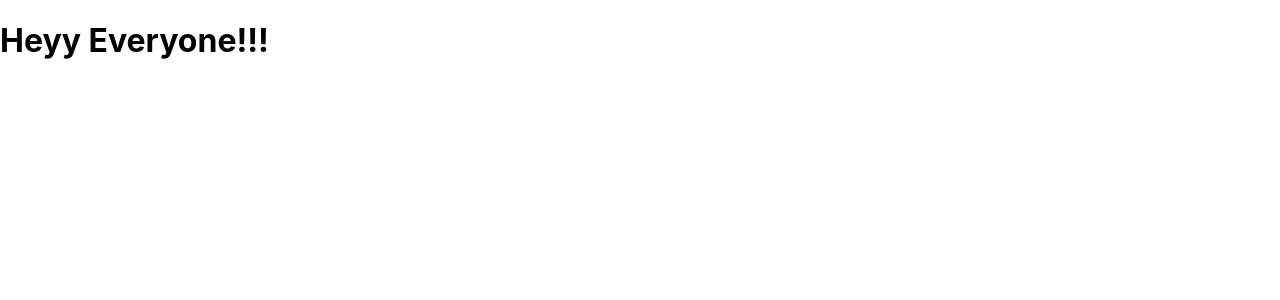
Repository: Mogakamo/react-essentials
Page: /
These files come from the project's save history. The page is drawn as it stood at one moment and after a run of saves; the edit follows.
The browser window is 1280 px wide. The pictures show the whole page.
The project was rebuilt for these pictures with package versions that can differ from the ones it lists, and the page was loaded fresh each time.

Above is the page before, as saved 2021-03-22 11:02:35.

### src/index.js
import React from 'react';
import ReactDOM from 'react-dom';
import './index.css';

ReactDOM.render(
  React.createElement("h1", {style: {}}, "Heyy Everyone!!!"),
  document.getElementById("root")
);

Loaded but not shown: public/index.html (common file); src/index.css (common file)

After the next 6 saves:
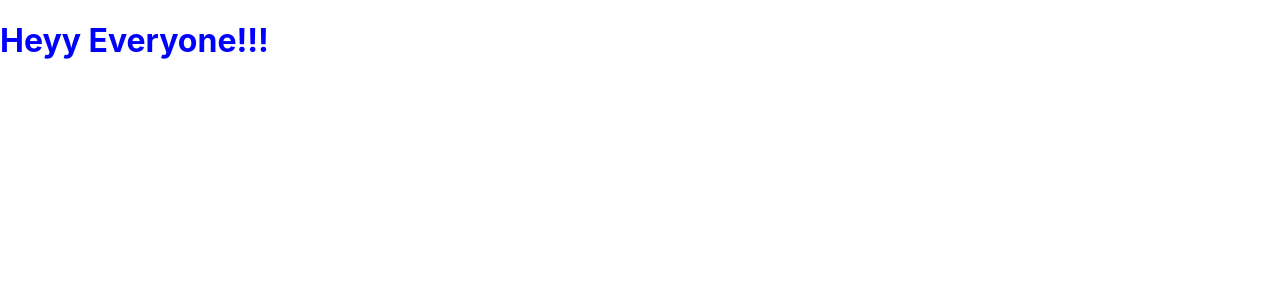
The 6 saves are shown as one change because 2 did not build or start and some came seconds apart.
The last was saved 32 s later.
--- a/src/index.js
+++ b/src/index.js
@@ -3,6 +3,7 @@
 import './index.css';
 
 ReactDOM.render(
-  React.createElement("h1", {style: {}}, "Heyy Everyone!!!"),
+  React.createElement("h1",
+    {style: {color: "blue"}}, "Heyy Everyone!!!"),
   document.getElementById("root")
 );
